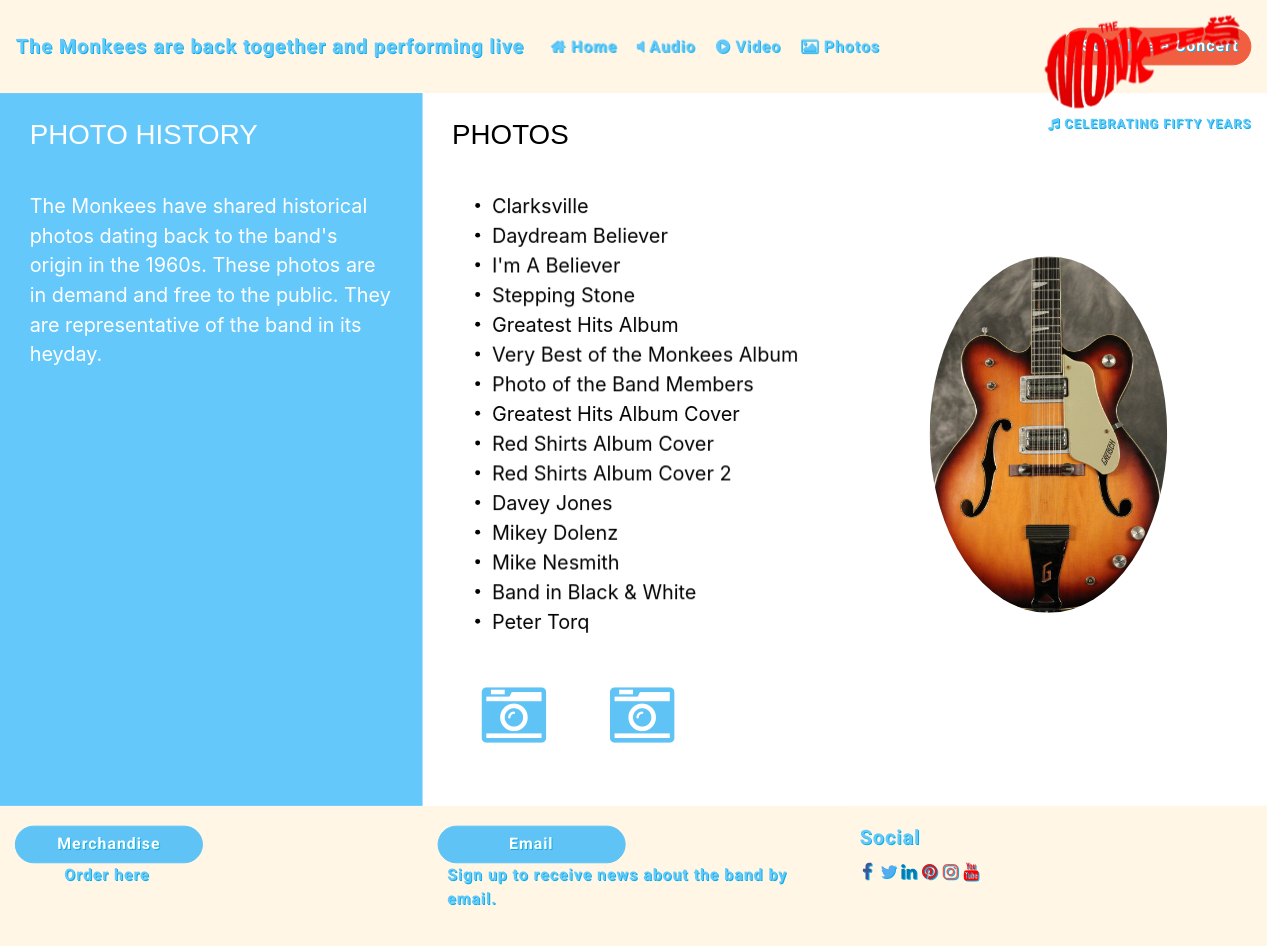
Repository: Code-Institute-Submissions/wpelizzoni-Milestone-Project-1
Page: photos.html
The author's editor kept a record of every edit. The page is drawn from the files as they stood at one moment, then again after the next edit.
The browser window is 1280 px wide. The pictures show the whole page, at 99% of full size.

Above is the page before.

After the next edit:
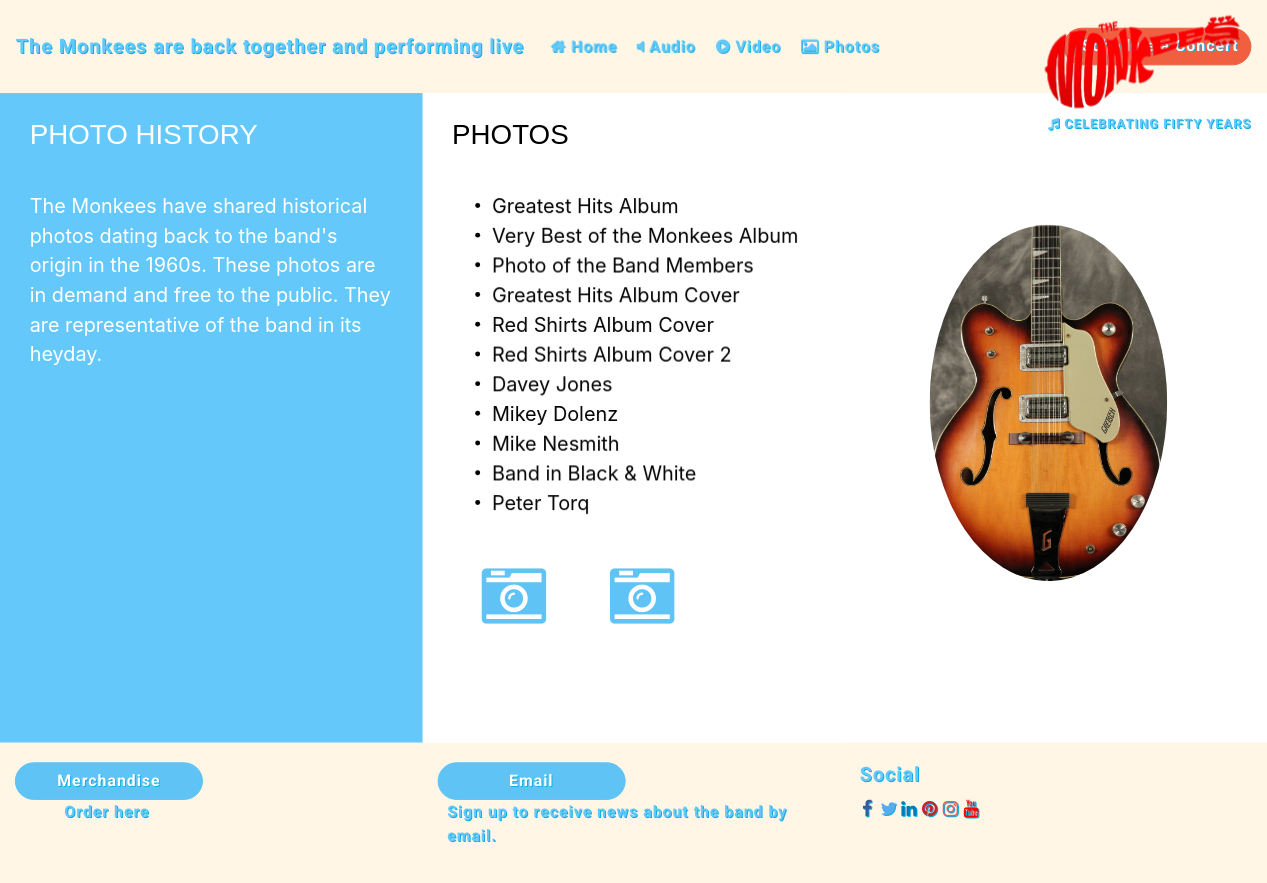
The edit:
--- a/photos.html
+++ b/photos.html
@@ -108,10 +108,6 @@
                     <div class="col-12 page-header ">
                         <h3 class="text-uppercase section-heading " style="font-weight: 400">PHOTOS</h3>
                         <ul id="audio-list ">
-                            <li><a href="assets/aud2/Clarksville.mp3 " target="_blank "><span class="samples hvr-sweep-to-right " style="font-size:20px; color: black; font-weight: 400">Clarksville</span></a></li>
-                            <li><a href="assets/aud2/DaydreamBeliever.mp3 " target="_blank "><span class="samples hvr-sweep-to-right " style="font-size:20px; color: black; font-weight: 400">Daydream Believer</span></a></li>
-                            <li><a href="assets/aud2/ImABeliever.mp3 " target="_blank "><span class="samples hvr-sweep-to-right " style="font-size:20px; color: black; font-weight: 400">I'm A Believer</span></a></li>
-                            <li><a href="assets/aud2/SteppingStone.mp3 " target="_blank "><span class="samples hvr-sweep-to-right " style="font-size:20px; color: black; font-weight: 400">Stepping Stone</span></a></li>
                             <li><a href="assets/images/album.jpg" target="_blank "><span class="samples hvr-sweep-to-right " style="font-size:20px; color:black; font-weight:400">Greatest Hits Album</span></a></li>
                             <li><a href="assets/images/album2.jpg" target="_blank "><span class="samples hvr-sweep-to-right "style="font-size:20px; color:black; font-weight:400">Very Best of the Monkees Album</span></a></li>
                             <li><a href="assets/images/band.jpg" target="_blank "><span class="samples hvr-sweep-to-right "style="font-size:20px; color:black; font-weight:400">Photo of the Band Members</span></a></li>
